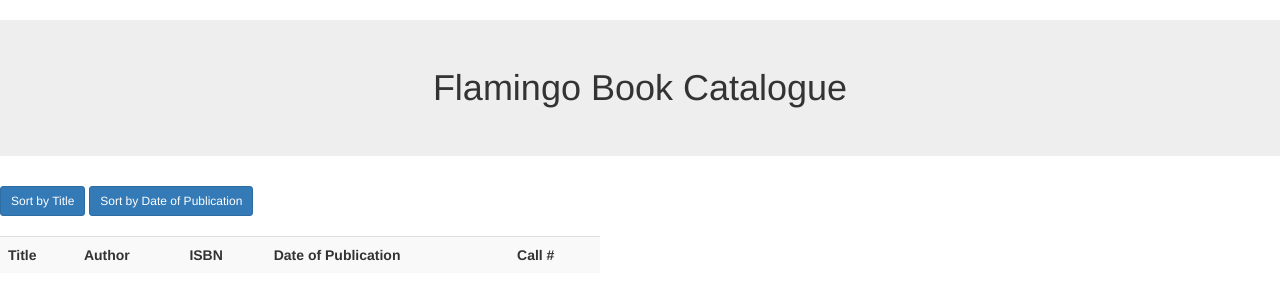
Repository: avega15/Library-Database
Page: http://localhost/main
An editor plug-in stored every save of this project. The page is shown before and after the next save, followed by the edit.
The browser window is 1280 px wide. The pictures show the whole page.
The page is this project's Thymeleaf template; nobody is signed in. The template is opened directly, without the code that normally fills it, so the values that code supplies are empty.

Above is the page before, as saved 2021-04-22 23:00:05.

After the next save:
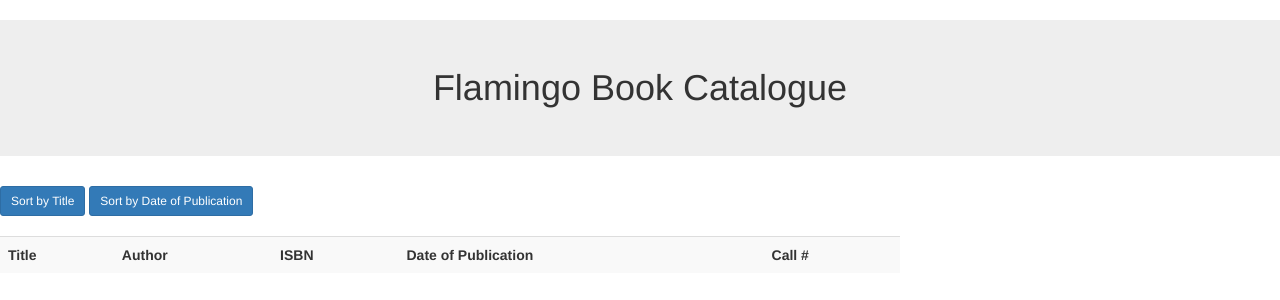
Saved 12 s later.
--- a/demo/src/main/resources/templates/main.html
+++ b/demo/src/main/resources/templates/main.html
@@ -24,7 +24,7 @@
 	<br/>
 	<br/>
 
-	<table class="table table-striped" style="width:600px;">
+	<table class="table table-striped" style="width:900px;">
 		<tr>
 			<th scope="col" onclick="window.location.href='titleSort';">Title</th>
 			<th scope="col">Author</th>
